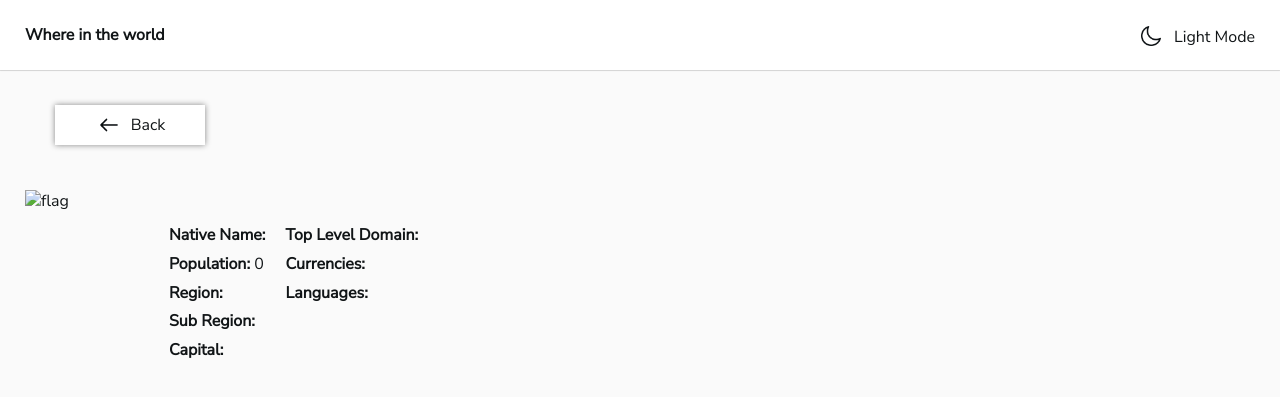
Repository: faithandjs/rest-countries-api
Page: /details
These files come from the project's save history. The page is drawn as it stood at one moment and after the next save; the edit follows.
The browser window is 1280 px wide. The pictures show the whole page.
The page's requests for data from a server got no answer. The project was rebuilt for these pictures with package versions that can differ from the ones it lists, and the page was loaded fresh each time. No one was signed in, and anything a server would have sent is missing. Also part of the build but not shown: src/components/home.tsx.

Above is the page before, as saved 2022-04-16 20:26:02.

### src/App.tsx
import React from 'react';
import Home from './components/home';
import Details from './components/details';
import Nav from './components/nav';
import { Routes, Route } from "react-router-dom"
import Parent from './components/parent'

function App() {
  return (
    <div className='app light' style={{height: '100%', width: '100%'}}>
      <Parent>
        <Nav/>
        <Routes >
          <Route path='/' element={<Home/>}/>
          <Route path='details' element={<Details/>}/>
        </Routes>
      </Parent>
    </div>
  );
}

export default App;

### src/components/details.tsx
import React, {useContext} from 'react';
import { useEffect } from 'react';
import { useState } from 'react';
import { Link } from "react-router-dom";
import {Wrapper} from './parent';
import {arrItem, contextType, detailsType} from './type'

function Details() {
    const {data, details, currentIcons, settingDetails } = useContext(Wrapper) as contextType
    const [lang, setLang] = useState<any[]>([])

    useEffect(
        ()=>{
            let arr:any[] = []
                Object.entries(details.languages).forEach(([key, value], index) => {
                arr.push(value)
        })
            setLang(arr)
        }, [details]
    )
    const borderClick = (testName:string) => {
        data.map((item )=> {
            if (item.name.common === testName){
                settingDetails(item)
            }
        })
    }
    const borderCheck = () => {
        if (details.borders.length === 0 || details.borders === undefined){
            return null
        }else{
            return(
            <div className='border'>
                <span className='border-title'>border countries: </span>
                <div className='borders'>
                    {details.borders.map((item, index) => {

                    return <span onClick={() => borderClick(item) }>{item }</span>
                        })}
                </div>
            </div>)
        }
    }
    return (
        <div className='details '>
            <Link to='/'><div className='back'><img src={currentIcons.arrow} alt='left arrow, back icon'/> <span>Back</span></div></Link>
            <div className='content '>
                <div className='flag'><img src={details.flag} alt='flag'/></div>
                <div className='moreContent'>
                    <div className='name'>{details.name} </div>
                    <div className='lists'>
                        <ul>
                            <li><span>Native name: </span>{details.nativeName}</li>
                            <li><span>Population: </span>{details.population}</li>
                            <li><span>region: </span>{details.region}</li>
                            <li><span>sub region: </span>{details.subRegion}</li>
                            <li><span>capital: </span>{details.capital}</li>
                        </ul>
                        <ul>
                            <li><span>top level domain: </span>{details.tld}</li>
                            <li><span>currencies: </span>{details.currencies.map((item, index) => {
                                    if(index === 0){
                                        return `${item}`
                                    }else{
                                        return `, ${item}`
                                    }
                                })}</li>
                            <li><span>languages: </span>
                                {lang.map((item, index) => {
                                    if(index === 0){
                                        return `${item}`
                                    }else{
                                        return `, ${item}`
                                    }
                                })}
                            </li>

                        </ul>
                    </div>
                    {borderCheck()}
                </div>
            </div>
        </div>
    );
}

export default Details;

### src/components/nav.tsx
import React, {useContext} from 'react';
import {Wrapper} from './parent';
import {contextType, currentIconsType} from './type'

function Nav() {
    const { currentIcons, current2, changeClasses } = useContext(Wrapper) as contextType

    return (
        <div className='navbar'>
            <div className='donde'>Where in the world</div>
            <div onClick={() => changeClasses()} className='mode-box'>
                <img src={currentIcons.src} alt='mode icon' />
                <span>{current2.text}</span>
            </div>
        </div>
    );
}

export default Nav;

### src/components/parent.tsx
import React, { createContext, useRef, useState, useEffect, useMemo, Props, ClassAttributes } from 'react';
import arrowWhite from './images/next.png'
import arrowBlack from './images/next (1).png'
import mode from './images/sleep-mode (1).png'
import modeFill from './images/sleep-mode (2).png'
import {arrItem, contextType, detailsType, items, currentIconsType} from './type'

export const Wrapper = createContext<contextType | null>(null)
const { Provider } = Wrapper
const Parent: React.FC<React.ReactNode> =({children}) => {
    const axios = require('axios').default;
    const [data, setData] = useState<arrItem[]>([])
    const modeIcons = {
        dark: {
            mode: modeFill,
            arrow: arrowWhite,
            text: 'Dark Mode'
        },
        light: {
            mode: mode,
            arrow: arrowBlack,
            text: 'Light Mode'
        }
    }
    const [details, setDetails] = useState<detailsType>(
        {
        flag: '',
        name: '',
        nativeName: '',
        population: 0,
        region: '',
        subRegion: '',
        capital: [],
        tld: [],
        currencies: [],
        languages: {},
        borders: []
    })

    const getLSD = localStorage.getItem('countries-data-details')
    const getLS = localStorage.getItem('countries-data')
    const passed = useRef<boolean>(false)
    const passed1 = useRef<boolean>(false)
    const native = useRef<string>('')
    const currency = useRef<string[]>([])
    const [currentIcons, setCurrentIcons] = useState<currentIconsType>({
        src: modeIcons.light.mode,
        arrow: modeIcons.light.arrow,
        text:  modeIcons.light.text
    })
    const changeClasses = () => {
        const box = document.querySelector('.app')?.classList
        if(document.querySelector('.light')){
             box?.add('dark')
             box?.remove('light')
             setCurrentIcons({
                src: modeIcons.dark.mode,
                arrow: modeIcons.dark.arrow,
                text:  modeIcons.dark.text
             })
        }else if(document.querySelector('.dark' )){
            setCurrentIcons({
                src: modeIcons.light.mode,
                arrow: modeIcons.light.arrow,
                text:  modeIcons.light.text
             })
            box?.add('light')
            box?.remove('dark')
        }
     }
    const settingDetails = (obj:arrItem) => {
        data.map((item, index) => {
            if (item.name.common === obj.name.common){
            const active = data[index]
            const nativeNames = active.name.nativeName;
            Object.entries(nativeNames).forEach(([key, value], index) => {
                if (index === (Object.keys(nativeNames).length - 1)){
                    native.current = value.common
                }
              });
            let arr:string[] = []
            Object.entries(active.currencies).forEach(([key, value], index) => {
                arr.push(value.name)
            });
            let arr2:string[] = []
            if (active.borders){
                active.borders.map(item => {
                    let item1 = item
                    data.map(item => {
                        if (item.cca3 === item1){
                            arr2.push(item.name.common)
                        }
                    })
                })
            }
            setDetails({
                flag: active.flags.svg,
                name: active.name.common,
                nativeName: native.current,
                population: active.population,
                region: active.region,
                subRegion: active.subregion,
                capital: active.capital,
                tld: active.tld,
                currencies: arr,
                languages: active.languages,
                borders: arr2
            })
            }
        })

    }

    useEffect(
        () => {
            if(!passed.current){
                if(  getLSD   ){
                    if(JSON.parse(getLSD!).name !== ''){
                        setDetails(JSON.parse(getLSD!))
                    }
                }
            }
        },[]
    )
    useEffect(
        () => {
            if(passed.current){localStorage.setItem('countries-data-details', JSON.stringify(details))}
        }
    , [details])
    useEffect(
        () => {
            if(!passed.current){
                if( getLS === 'undefined' || getLS === null || getLS === '[]'){
                axios.get('https://restcountries.com/v3.1/all')
                .then(function (response:any) {
                    setData(response.data)
                })
                .catch(function (error:any) {
                    console.log(error);
                  })
                }else{
                    setData(JSON.parse(getLS))
                }
                passed.current = true;
            }
        }
            ,[])
    let current2:currentIconsType = currentIcons
    //in nav, currentIcons.text is not recieved.
    //so i assigned it to current2 and sent
    //also noticed that once i sent current2, i couldnt change it again
    const value:contextType = useMemo(
        () => ({data, details, currentIcons, current2, changeClasses, settingDetails})
        , [data, details, currentIcons, current2, changeClasses, settingDetails]
    )
    return (
        <Provider value={value}>
           {children}
        </Provider>
    );
}
export default Parent;

### src/components/style/style.scss
@import url('https://fonts.googleapis.com/css2?family=Nunito+Sans&display=swap');
$DarkBlue: hsl(209, 23%, 22%); // (Dark Mode Elements)
$VeryDarkBlue: hsl(207, 26%, 17%); //(Dark Mode Background)
$VeryDark: hsl(200, 15%, 8%); //(Light Mode Text)
$DarkGray: hsl(0, 0%, 52%); //(Light Mode Input)
$VeryLightGray: hsl(0, 0%, 98%); // (Light Mode Background)
$White: hsl(0, 0%, 100%); //(Dark Mode Text & Light Mode Elements)
$shadow: 0px 0px 1px 0.2px ;
@mixin theme ($bg, $element, $text, $shadowColor) {
    background: $bg;
    color: $text;

    .navbar{
        background-color: $element;
        box-shadow: $shadow $shadowColor;
    }
    a:-webkit-any-link{
        color: $text;
    }
    .details{
        .borders span, .back{
            background-color: $element;
        }
        .borders span{
            box-shadow: 0px 0px 3px 0.1px $shadowColor;
        }
        .back{
            box-shadow: 0px 0px 6px 0.2px $shadowColor;
        }
    }
    .home{
        form{
            div{
                box-shadow: $shadow $shadowColor;
                input{
                    background-color: $element;
                    color: $text;
                }
                background-color: $element;
            }
            select{
                box-shadow: $shadow $shadowColor;
                background-color: $element;
                color: $text;
            }
        }
        .all-flags{
            .a-flag{
                background-color: $element;
                box-shadow: $shadow $shadowColor;
            }
        }
    }

}
.dark{
    @include theme($VeryDarkBlue, $DarkBlue , $White, $VeryDark)
}
.light{
    @include theme($VeryLightGray, $White , $VeryDark, $DarkGray )
}
.app{
    font-family: 'Nunito Sans', sans-serif;
    position: fixed;
    overflow: auto;
}
.navbar{
    height: 40px;
    display: flex;
    justify-content: space-between;
    padding: 15px 25px;
    align-items: center;
    .donde{
        font-weight: 600;
    }
    img{
        width: 20px;
        padding: 0 13px 0 1px ;
        position: relative;
        top: 4px;
    }
}
.details {
    font-size: 16px;
    padding: 0 25px 25px;
    font-weight: 300;
    .back{
        width: 150px;
        height: 40px;
        margin: 35px 0 45px 30px;
        text-align: center;
        display: flex;
        justify-content: center;
        align-items: center;
        img{
            transform: rotate(180deg) scale(0.15);
        }
        span{
            position: relative;
            left: -50px;
        }
        img, span{
            padding: 0 4px;
        }
    }
    .content{
        display: flex;
        .flag{
            img{
                width: 400px;
                margin-right:100px;
            }
        }
        .moreContent{
            ul span, .border-title{
                font-weight: 600;
                text-transform: capitalize;
            }
            .name{
                font-weight: 800;
                font-size: 30px;
            }
            .lists{
                display: flex;
                justify-content: space-between;
                line-height: 1.8;
                padding: 15px 0 45px;
                ul{
                    list-style-type: none;
                    padding-inline-start: 0;
                    padding-right: 20px;
                }
            }
            .border{
                display: flex;
                align-items: baseline;
                border: 0;
                .border-title{
                    white-space: nowrap;
                }
                .borders{
                    display: flex;
                    flex-wrap: wrap;
                    span{
                        min-width: 100px;
                        margin: 0 10px 15px;
                        padding: 7px 12px;
                        text-align: center;
                    }
                }
            }
        }
    }
}
/*.details, .content, .moreContent, .border{
    width: 100%;
}*/
a:-webkit-any-link, a {
    text-decoration: none;
}
.mode-box:hover, select:hover, .border div:hover{
    cursor: pointer;
 }
.home{
    font-size: 14px;
    form{
        display: flex;
        justify-content: space-between;
        padding: 35px 25px 45px;
        input, select{
            outline: 0;
        }
        div{
            width: 300px;
            padding: 12px 7px;
            display: flex;
            border-radius: 4px;
            img{
                width: 22px;
                //transform: scale(0.9);
                padding: 0 10px;
            }
            input{
                border: 0;
                height: 20px;
            }
        }
        select{
            border-radius: 4px;
            width: 130px;
            border: 0;
            padding: 12px 7px;
            height: 46px;
        }
    }
        margin: 0 25px;
    .all-flags{
        display: flex;
        flex-wrap: wrap;
        justify-content: space-around;
        .a-flag{
            margin: 0 20px 45px;
            width: 280px;
            height: 370px;
            border-radius: 7px;
            .flag-box{
                height: 170px;
                width: 100%;
                img{
                    width: -webkit-fill-available;
                    height: 100%;
                    object-fit: fill;
                    border-top-left-radius: 7px;
                    border-top-right-radius: 7px;
                }
            }
            .text{
                padding: 0 20px;
                font-weight: 300;
                span{
                    text-transform: capitalize;
                    font-weight: 600;
                }
            }
        }
    }
}
@media screen and (max-width: 1032px) {
    .details{
        .content{
            display: block;
            padding: 0 30px;
            .flag {
                text-align: center;
                img{
                    margin: 25px 0 45px;
                    padding: 0;
                    width: -webkit-fill-available;
                }
            }
            .moreContent{
                .lists{
                    display: block;
                    ul{
                        margin: 25px 0 0;
                    }
                }
            }
        }
    }
}
@media screen and (max-width: 686px) {
    form{
        display: block !important;
        div{
            width: 100% !important;
            margin-bottom: 25px;
        }
    }
    .navbar{
        div{
            font-size: 14px;
        }
    }
    .back{
        display: none !important;
        margin: 35px 0 45px 30px;
    }
    .content{
        margin-top: 40px !important;
    }
}

Loaded but not shown: src/index.tsx (common file); src/index.css (common file); src/reportWebVitals.ts (common file)

After the next save:
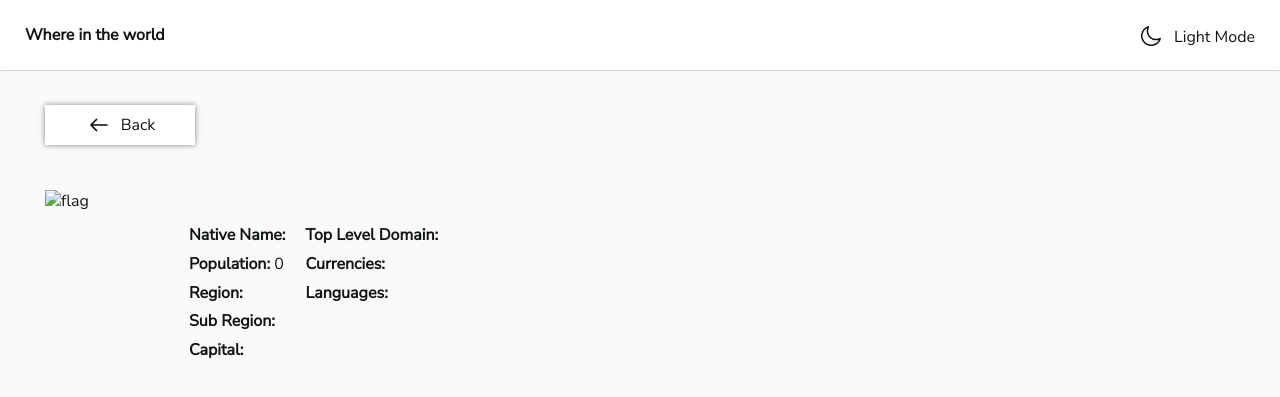
Saved 52 s later.
--- a/src/components/style/style.scss
+++ b/src/components/style/style.scss
@@ -87,7 +87,7 @@ $shadow: 0px 0px 1px 0.2px ;
     .back{
         width: 150px;
         height: 40px;
-        margin: 35px 0 45px 30px;
+        margin: 35px 0 45px 20px;
         text-align: center;
         display: flex;
         justify-content: center;
@@ -104,6 +104,7 @@ $shadow: 0px 0px 1px 0.2px ;
         }
     }
     .content{
+        margin: 35px 0 45px 20px;
         display: flex;
         .flag{
             img{
